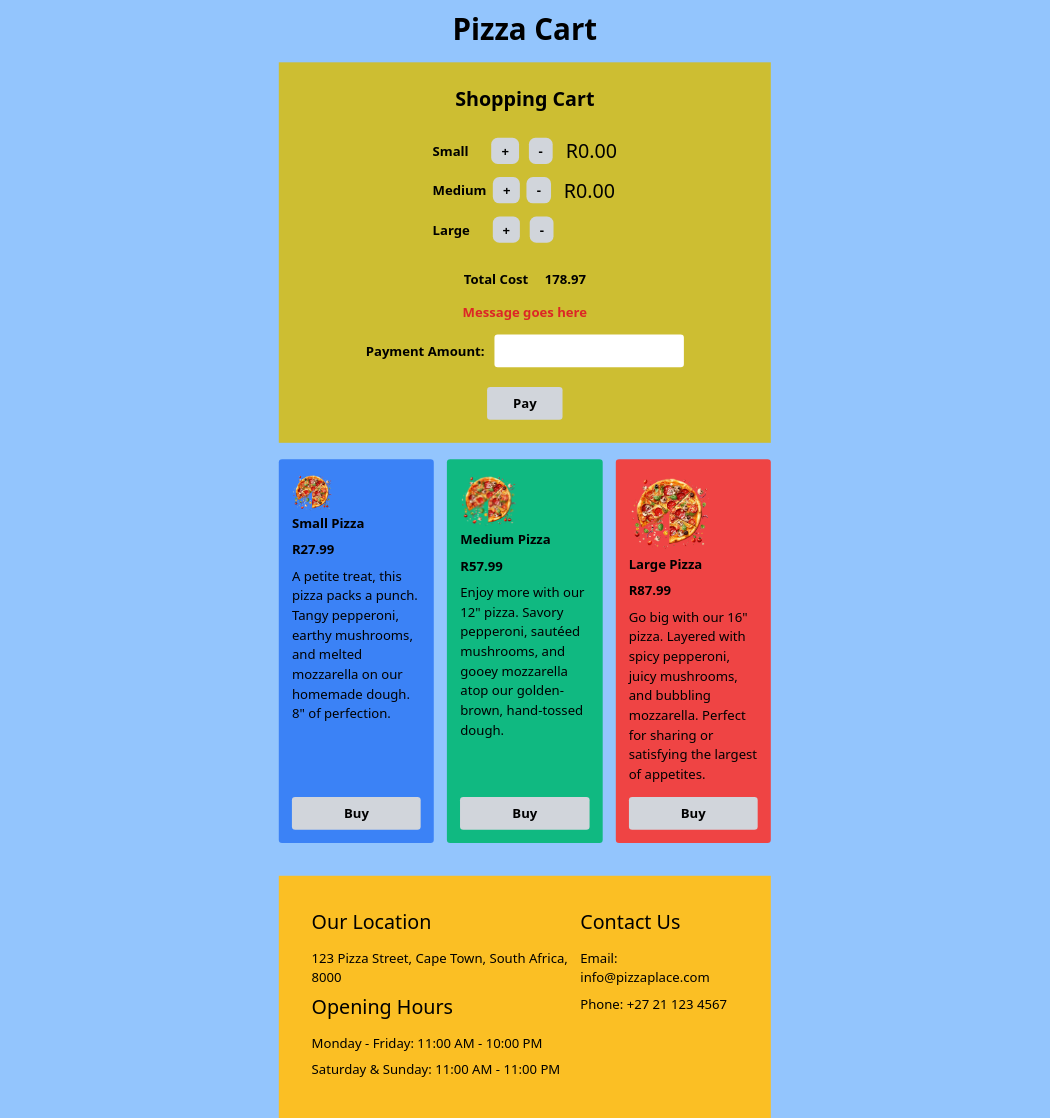
Repository: lasity34/pizza_cart
Page: index.html
These files come from the project's save history. The page is drawn as it stood at one moment and after the next save; the edit follows.
The browser window is 1280 px wide. The pictures show the whole page, at 82% of full size.
Some web libraries are served in a nearby version.

Above is the page before, as saved 2023-07-11 11:33:19.
Console error: ReferenceError: amount is not defined

After the next save:
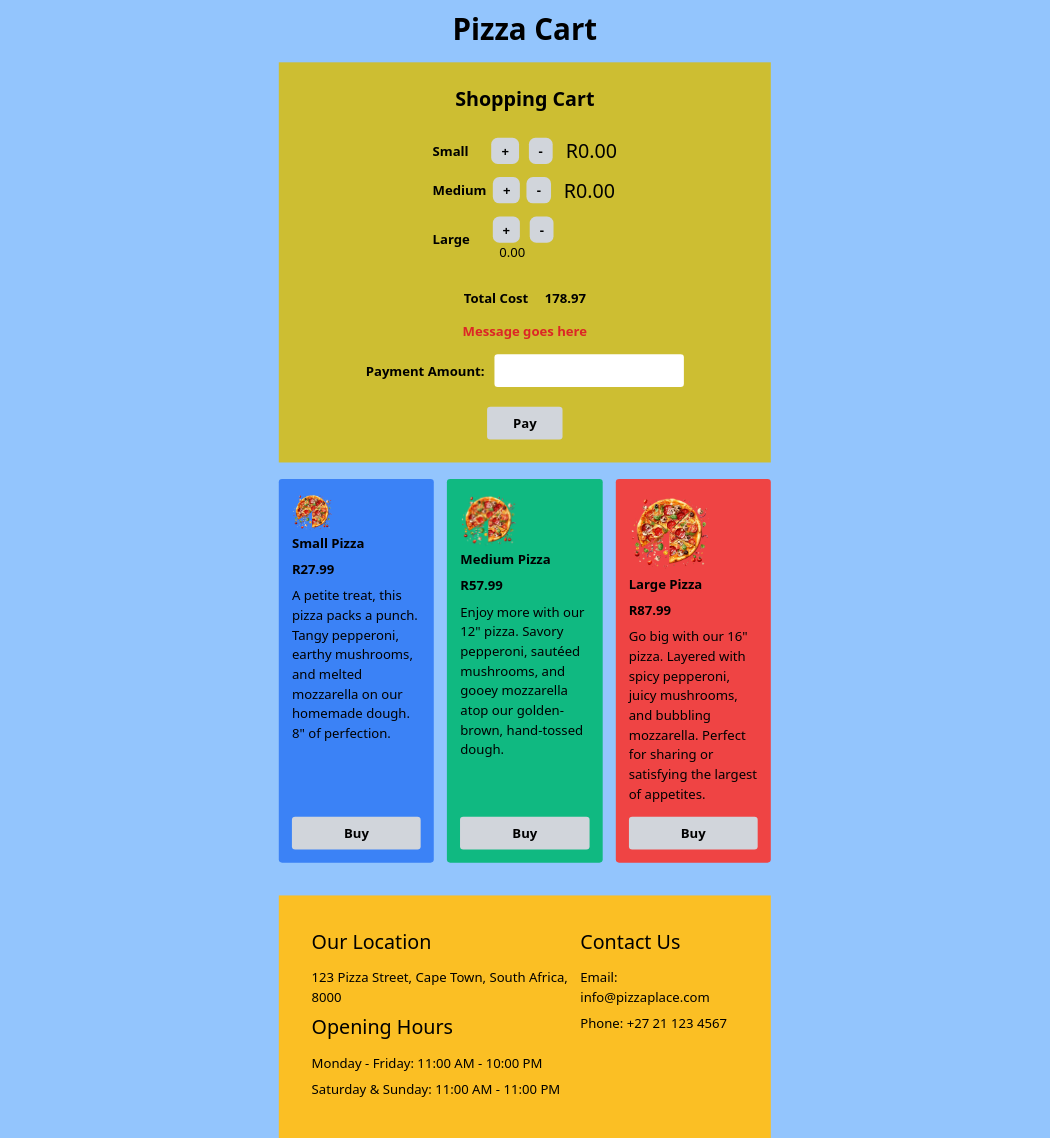
The error is gone.
Saved 27 s later.
--- a/index.html
+++ b/index.html
@@ -73,7 +73,7 @@
               >
                 -
               </button>
-              <p class="ml-2" x-text="amount * price"></p>
+              <p class="ml-2" x-text="(largeAmount * prices.large).toFixed(2)"></p>
             </div>
           </div>
         </div>
